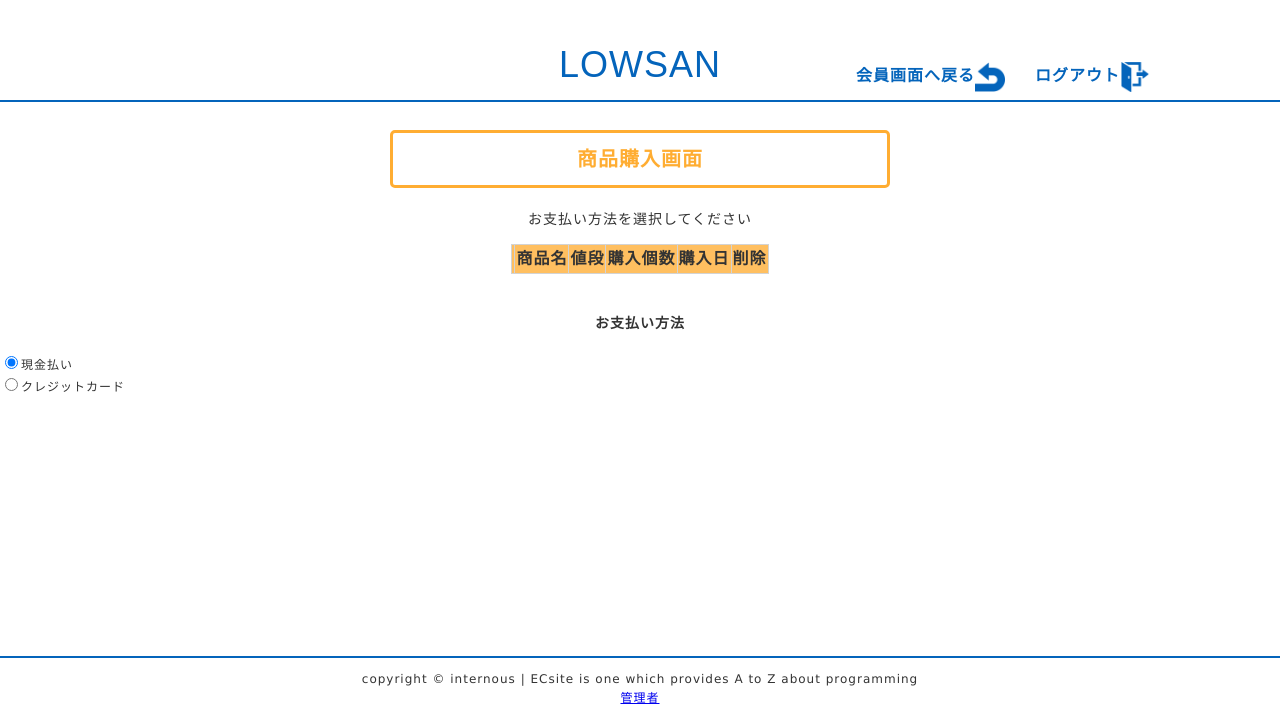
Repository: nishimura0212/myECsite
Page: http://localhost/ecsite/buyItem.jsp
An editor plug-in stored every save of this project. The page is shown before and after the next save, followed by the edit.
The browser window is 1280 px wide. The pictures show the whole page.
The page is served by Tomcat 9. Other server files are loaded and not shown.

Above is the page before, as saved 2019-01-02 14:22:21.

### ecsite/WebContent/buyItem.jsp
<%@ page language="java" contentType="text/html; charset=UTF-8"
    pageEncoding="UTF-8"%>
<%@ taglib prefix="s" uri="/struts-tags" %>
<!DOCTYPE html>
<html>
<head>
<meta http-equiv="Content-Type" content="text/html; charset=UTF-8"/>
<meta http-equiv="Content-Script-Type" content="text/javascript"/>
<meta http-equiv="imagetoolbar" content="no"/>
<meta name="description" content=""/>
<meta name="keywords" content=""/>
<title>商品購入画面</title>
<link rel="stylesheet" type="text/css" href="css/style.css">
</head>
<body>
	<div id="header">
		<p>LOWSAN</p>
		<div id="header-icon">
			<ul>
				<li class="icon">
					<a href="GoUserAction">
					会員画面へ戻る<img src="./img/icon/back.png" width="30px" height="30px">
					</a>
				</li>
				<li class="icon">
					<a href="LogoutAction">
					ログアウト<img src="./img/icon/logout.png" width="30px" height="30px">
					</a>
				</li>
			</ul>
		</div>
	</div>
	<div id="main">
		<div id="top">
			<p>商品購入画面</p>
		</div>
		<div>
			<p class="comment">お支払い方法を選択してください</p>
				<table class="history-table">
					<tr>
						<th></th>
						<th>商品名</th>
						<th>値段</th>
						<th>購入個数</th>
						<th>購入日</th>
						<th>削除</th>
					</tr>
					<s:iterator value="cartList">
						<tr>
							<td class="td-img"><img
								src='<s:property value="itemImage"/>' class="buy-item-image"></td>
							<td><s:property value="item" /></td>
							<td><s:property value="totalPrice" /><span>円</span></td>
							<td><s:property value="totalCount" /><span>個</span></td>
							<td><s:property value="insert_date" /></td>
							<td><input type="checkbox" name="delete"
								value='<s:property value="id"/>' /></td>
						</tr>
					</s:iterator>
				</table>
				<br>
				<h4 class="comment">お支払い方法</h4>
				<input type="radio" name="pay" value="1" checked="checked">現金払い
				<br><input type="radio" name="pay"value="2">クレジットカード
		</div>
	</div>
	<div id="footer">
		<p>copyright &copy; internous | ECsite is one which provides A to Z about programming<br/>
		<a href = '<s:url action="AdminAction"/>'>管理者</a></p>
	</div>
</body>
</html>

### ecsite/WebContent/css/style.css
@CHARSET "UTF-8";

/* bodyレイアウト */
body{
	margin: 0;
	padding: 0;
	height: 100%;
	height: auto;
	line-height: 1.6;
	letter-spacing: 1px;
	font-family: Verdana,Helvetica,sans-serif;
	font-size: 12px;
	color: #333;
	background: #fff;
}

/* headerレイアウト */
#header{
	position: fixed;
	left: 0;
	top: 0;
	z-index: 2;
	width: 100%;
	height: 100px;
	text-align: center;
	background-color: #fff;
	border-bottom: 2px solid #0464bb;
}
#header p{
	color: #0464bb;
	font-family: "メイリオ",sans-serif;
	font-size: 36px;
}
#header-icon{
	position: absolute;
	top: 50px;
	right: 100px;
}
#header-icon .icon{
	float: left;
	margin: 0 auto;
	margin-right: 30px;
	list-style-type: none;
	font-size: 16px;
	font-weight: bold;
}
#header-icon .icon img{
	clear: both;
	vertical-align: middle;
}
#header-icon .icon a{
	color: #0464bb;
	text-decoration:none;
}
.icon:hover{
	cursor: pointer;
}

/* mainレイアウト */
#main{
	position: relative;
	top: 110px;
	width: 100%;
	padding-bottom: 60px;
}

.waku{
	margin-top: 50px;
}

/* 見出しレイアウト */
#top{
	width: 500px;
	margin: 0px auto;
	margin-top: 10px;
	text-align: center;
}
#top p{
	font-size: 20px;
	font-weight: bold;
	border: 3px solid #FFAD32;
	border-radius: 5px;
	color: #FFAD32;
	background-color: #fff;
	padding: 10px 0px;
}

/* tableレイアウト */
.table{
	margin: 0 auto;
	width: 800px;
	font-size: 24px;
	padding: 40px 30px 50px 20px;
	background-color: #FFFDEB;
	color: #FFAD32;
	border-radius: 10px;
}

/* ログイン画面 */
.textarea{
	width: 100%;
	height: 30px;
	font-size: 22px;
	padding-left: 1%;
	border-radius: 15px;
}
input[type="text"]:focus {
	border: 2px solid #FFD493;
	outline: 0;
}
input[type="password"]:focus {
	border: 2px solid #FFD493;
	outline: 0;
}
.error{
	margin: 0 auto;
	width: 500px;
	text-align: center;
}
.error p{
	color: #FF5151;
	font-size: 14px;
}
.single{
	margin-top: 20px;
	text-align: center;
	padding: 20px;
}
.single_btn{
	width: 100px;
	height: 40px;
	padding: 5px;
	background-color: #FFAD32;
	font-size: 12px;
	font-weight: bold;
	color: white;
	border-color: none;
	border-radius: 20px;
}
.single_btn:hover{
	background-color: #F99500;
	cursor: pointer;
}

/* 会員画面 */
.comment{
	text-align: center;
	font-size: 14px;
}
.main-text{
	text-align: center;
	margin-top: 10px;
}
.userButton{
	margin-top: 20px;
	width: 300px;
	height: 100px;
	color: #FFFDEB;
	font-size: 24px;
	background-color: #FFAD32;
	border-radius: 20px;
}
.userButton:hover{
	cursor: pointer;
	background-color: #F99500;
}

/* カテゴリ選択画面 */
.categoryBox{
	margin: 0 auto;
	margin-top: 30px;
	width: 600px;
	text-align: center;
}
.category{
/* 	position: relative; */
/* 	top: 30px; */
/* 	left: 500px; */
	margin: 0 auto;
	display: inline-block;
	text-align: center;
}
.categoryCircle{
	margin: 0 auto;
	float: left;
}
.circle{
	width: 200px;
	height: 200px;
	margin: 0px 20px 10px 20px;
	border-radius: 50%;
	font-size: 30px;
	border: 5px solid #FFBF60;
	background-color: #FFFDEB;
}
.circle:hover{
	background-color: #FFBF60;
	color: #FFFDEB;
	border: none;
	cursor: pointer;
}
#empty{
	clear: both;
}

/* 商品選択画面 */
.item-wrap{
	width: 700px;
	margin: 30px auto;
	height: 100%;
	padding-bottom: 60px;
}
.itemBox{
	width: 300px;
	height: 250px;
	text-align: center;
	border: 2px dotted gray;
	margin: 20px 20px 20px 20px;
	background-color: #f9fcb6;
}
.itemBox img{
	width: 250px;
	height: 250px;
}
.itemName{
	margin: 0;
	font-size: 15px;
}
.flex-container{
	display: inline-flex;
}

/* 商品購入画面 */
.containerA{
	margin: 0 auto;
	margin-top: 20px;
	margin-right: 50px;
	text-align: center;
}
.left{
	width: 300px;
	height: 300px;
}
.left img{
	width: 100%;
}
.right{
	height: 300px;
	font-size: 20px;
	margin-top: 30px;
	border-collapse: collapse;
}
.td-left{
	text-align: center;
	background-color: #FFBF60;
	border: 1px solid lightgray;
}
.td-right{
	text-align: left;
	padding: 0px 10px;
	border: 1px solid lightgray;
}
.td-submit{
	background-color: #fff;
}
.select{
	width: 50px;
	font-size: 20px;
}
.select:hover{
	cursor: pointer;
}
.block{
	width: 100px;
	display: block;
}

/* 商品購入確認画面 */
.containerB{
	margin: 0 auto;
	margin-left: 150px;
	text-align: center;
}
.button{
	position: relative;
	top: 350px;
	right: 210px;
}
.gray_btn{
	width: 100px;
	height: 40px;
	padding: 5px;
	background-color: #808080;
	font-size: 12px;
	font-weight: bold;
	color: white;
	border-color: none;
	border-radius: 20px;
}
.gray_btn:hover{
	background-color: #666666;
	cursor: pointer;
}

/* 商品購入完了画面 */
.center{
	width: 400px;
	margin: 0 auto;
	margin-top: 50px;
}
.comment p{
	height: 50px;
	line-height: 50px;
	font-size: 16px;
	border: 2px solid gray;
	border-radius: 5px;
}

/* 商品購入履歴画面 */
.history-table{
	margin:0 auto;
	font-size: 16px;
	border-collapse: collapse;
	border: 1px solid lightgray;
	text-align: center;
}
.history-table th{
	border: 1px solid lightgray;
}
.history-table td,.td-img{
	border: 1px solid lightgray;
}
.history-table tr:first-child{
	background-color: #FFBF60;
}
.td-img img{
	width: 100px;
	height: 100px;
}




.buy-item-button{
	margin: 20px;
	width: 100px;
	height: 50px;
	background-color: #eee;
	border-radius: 20%;
}
.buy-item-button:hover{
	cursor: pointer;
	background-color: #f9fcb6;
}
.pointer:hover{
	cursor: pointer;
}



.button1{
	margin: 0 20px auto;
	float: left;
}
.submit{
	width: 300px;
	height: 400px;
	border-radius: 10%;
	background-color: #f8f8f8;
	font-size: 30px;
}
.submit:hover{
	box-shadow: none;
	background-color: #ffff80;
	cursor: pointer;
}
#text-link{
	display: inline-block;
	text-align: right;
}
#text-right{
	display: inline-block;
	text-align: right;
}
.text-right{
	display: inline-block;
	margin-left: 4%;
}
#wrap{
	margin: 0 40% auto;
}
#left{
	float: left;
	width: 50%;
}
#right{
	float: left;
	width: 50%;
}
.text-center{
	display: inline-block;
	text-align: center;
}
#text{
	clear: left;
	padding-top: 20px;
	width: 780px;
	margin: 30px auto;
}
.text{
	text-align: center;
}
#list{
	border: 2px dotted gray;
	width: 500px;
	height: 100px;
	background-color: lightyellow;
	margin: 30px auto;
}
#list ul li{
	display: inline-block;
	list-style-type: none;
	margin-right: 2em;
}
#button{
	display: inline-block;
	text-align: center;
}
#empty{
	clear: both;
}
.button{
	margin: 0 auto;
	float: left;
	margin-right: 10px;
}
.button:hover{
	cursor: pointer;
}
.category_button{
	margin: 0 auto;
	float: left;
}
.item{
	width: 200px;
	height: 200px;
	margin: 0px 20px 10px 20px;
	border-radius: 50%;
	font-size: 30px;
}


/* footerレイアウト */
#footer{
	clear: both;
	position: fixed;
	left: 0;
	bottom: 0;
	z-index: 2;
	width: 100%;
	background-color: #fff;
	border-top: 2px solid #0464bb;
}
#footer p{
	text-align: center;
}

After the next save:
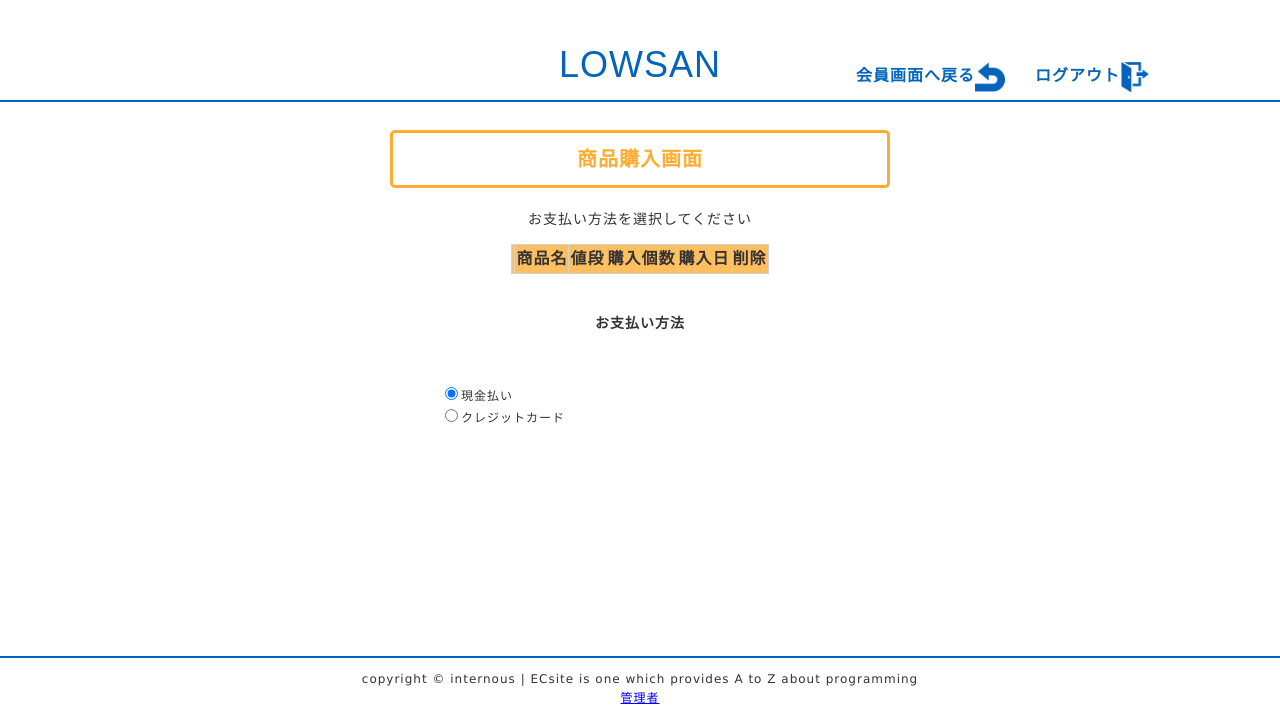
Saved 61 s later.
--- a/ecsite/WebContent/buyItem.jsp
+++ b/ecsite/WebContent/buyItem.jsp
@@ -60,8 +60,11 @@
 				</table>
 				<br>
 				<h4 class="comment">お支払い方法</h4>
-				<input type="radio" name="pay" value="1" checked="checked">現金払い
-				<br><input type="radio" name="pay"value="2">クレジットカード
+				<div class="center">
+					<input type="radio" name="pay" value="1" checked="checked">現金払い
+					<br>
+					<input type="radio" name="pay"value="2">クレジットカード
+				</div>
 		</div>
 	</div>
 	<div id="footer">
